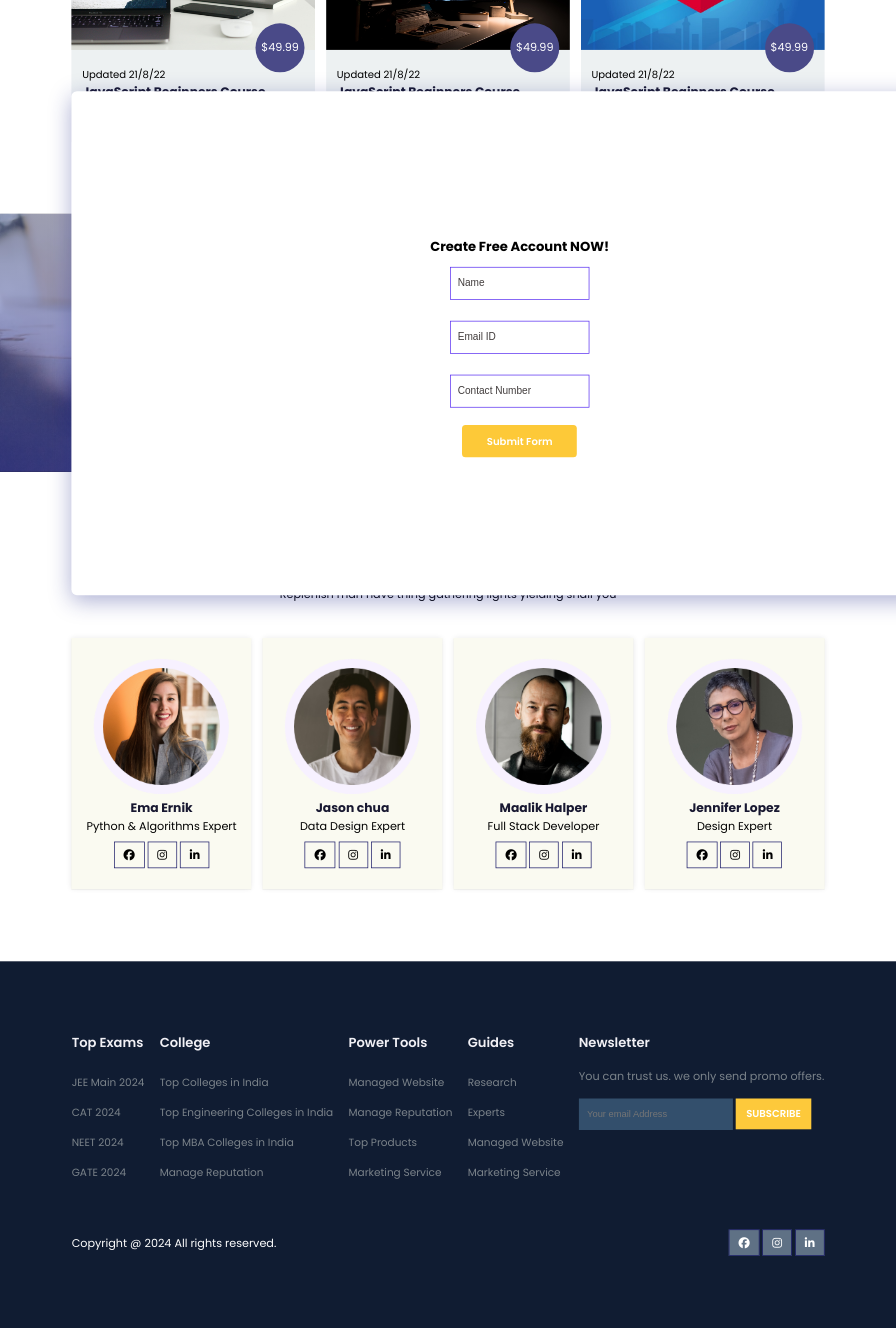
Repository: NamanSahu09/VidyaPreet-Ed-Tech-Website
Page: index.html
The author's editor kept a copy of each file at every save. The page is drawn from the files as they stood at one save, then again after the next save.
The browser window is 1280 px wide. The pictures show the part of the page from y = 1786 to 3706 px (the page is 3683 px tall before and 3706 px after), at 70% of full size.
Some web libraries are served in a nearby version.

Above is the page before, as saved 2024-04-11 15:51:21.

### index.html
<!DOCTYPE html>
<html lang="en">
<head>
	<meta charset="UTF-8">
	<meta name="viewport" content="width=device-width, initial-scale=1.0">
	<title>VidyaPeeth</title>

	<!-- font Awesome CDN link -->
	<link rel="stylesheet" href="https://cdnjs.cloudflare.com/ajax/libs/font-awesome/6.1.1/css/all.min.css" />

	<!-- External CSS -->
	<link rel="stylesheet" href="style.css">

	<!-- JQuery CDN link -->
	<script src="https://code.jquery.com/jquery-3.6.0.min.js" integrity="sha256-/xUj+3OJU5yExlq6GSYGSHk7tPXikynS7ogEvDej/m4=" crossorigin="anonymous"></script>


	<!-- Awesome Font -->
	<script src="https://kit.fontawesome.com/fec0f6ecb6.js" crossorigin="anonymous"></script>







</head>
<body>
	<!-- Navigation start -->
	<nav>
		<img src="img/Vidya peeth.png" class="logo" alt="" height="70px"  width="250px"/>

		<div class="navigation">
			<ul>
				<i id="menu-close" class="fas fa-times"></i>
				<li><a href="index.html" class="active">Home</a></li>
				<li><a href="about.html">About Us</a></li>
				<li><a href="blog.html">Blog</a></li>
				<!-- <li><a href="courses.html">Courses</a></li> -->
				<li><a href="contact.html">Contact</a></li>
				<li><a href="#">
					<i class="far fa-user"></i>
					</a>
				</li>


			</ul>

			<img src="img/menu.png" id="menu-btn" alt="">
		</div>
	</nav>
	<!-- Navigation ends -->



  <!-- login sign-up-form -->

  <div class="form">
    <!-- login -->
    <div class="login-form">

      <!-- cancel-btn -->

      <a href="#" class="form-cancel">
        <i class="fas fa-times"></i>
      </a>


      <strong>Log In</strong>
      <!-- inputs -->
      <form >
        <input type="email" placeholder="Example@gmail.com" name="email" required>
        <input type="password" placeholder="Password" name="password" required>
        <!-- submit-btn -->
        <input type="submit" value="Log In">
      </form>

      <!-- Forget-and-signup -->
      <div class="form-btns">
          <a href="#" class="forget">Forget Your Password?</a>
          <a href="#" class="sign-up-btn">Create Account</a>
    </div>

    </div>




     <!-- Sign Up -->
     <div class="sign-up-form">

      <!-- cancel-btn -->

      <a href="#" class="form-cancel">
        <i class="fas fa-times"></i>
      </a>


      <strong>Sign In</strong>
      <!-- inputs -->
      <form >
        <input type="text" placeholder="Full Name" name="fullname" required>
        <input type="email" placeholder="Example@gmail.com" name="email" required>
        <input type="password" placeholder="Password" name="password" required>
        <!-- submit-btn -->
        <input type="submit" value="Sign Up">
      </form>

      <!-- Forget-and-signup -->
      <div class="form-btns">
          <a href="#" class="already-acount">Already have Account?</a>
    </div>

    </div>

  </div>


















	<!-- Hero section starts from here -->
	<section id="home">
			<div class="search-box">
				<div class="row">
					<input type="text" id="input-box" placeholder="Search Colleges" autocomplete="off">
					<button class="search"><i class="fa-solid fa-magnifying-glass"></i></button>
				</div>
				<div class="result-box">

				</div>
			</div>



		<h2>
			Enhance Your Future With VidyaPeeth
		</h2>
		<p>
			Lorem ipsum dolor sit amet consectetur adipisicing elit. Reiciendis, ipsum laboriosam architecto tempora explicabo ratione pariatur accusantium consequatur sed odit?
		</p>
		<div class="btn">
			<a href="#" class="blue">Learn More</a>
			<a href="#" class="yellow">Visit Courses</a>
		</div>
	</section>
	<!-- Hero section ends from here -->


	<!-- Features section starts from here -->
	<section id="features">
		<h1>A Career is a life</h1>
		<p> <b align="center"> <font size="4.5"> Counselling</b></font><br>
			We ease your biggest doubts with personalized Video Counselling from our
			Curated Experts and Answers from the student community

		</p>

		<div class="fea-base">
			<div class="fea-box">
				<i class="fas fa-graduation-cap"></i>
				<h3>Scholarship Facility</h3>
				<p>
					One make creepeth, man bearing theira firmament won't great heaven
				</p>
			</div>

			<div class="fea-box">
				<i class="fa-solid fa-book-bookmark"></i>
				<h3>Dell Online Course</h3>
				<p>
					One make creepeth, man bearing theira firmament won't great heaven
				</p>
			</div>

			<div class="fea-box">
				<i class="fas fa-award"></i>
				<h3>Global Certification</h3>
				<p>
					One make creepeth, man bearing theira firmament won't great heaven
				</p>
			</div>
		</div>
	</section>
	<!-- Features section ends from here -->








	<!-- Courses section starts from here -->
	<section id="course">
		<h1>Our Popular Colleges</h1>
		<p>Replenish man have thing gathering lights yielding shall you</p>

		<div class="course-box">
			<div class="courses">
				<img src="Colleges/soa.jpg" alt="">
				<div class="details">
					<span>Updated 21/8/22</span>
					<h6>SOA University</h6>

					<div class="star">
						<i class="fa-solid fa-star"></i>
						<i class="fa-solid fa-star"></i>
						<i class="fa-solid fa-star"></i>
						<i class="fa-solid fa-star"></i>


						<span>(239)</span>
					</div>
					<button onclick="location.href='https://www.soa.ac.in/'" class="apply-btn"> Visit Now </button>
				</div>
				<div class="cost">14 Lakhs</div>
			</div>

			<div class="courses">
				<img src="Colleges/kiit-uni.jpg" alt="">
				<div class="details">
					<span>Updated 21/8/22</span>
					<h6>KIIT University</h6>

					<div class="star">
						<i class="fa-solid fa-star"></i>
						<i class="fa-solid fa-star"></i>
						<i class="fa-solid fa-star"></i>
						<i class="fa-solid fa-star"></i>
						<i class="fa-solid fa-star"></i>

						<span>(1200)</span>
					</div>
					<button onclick="location.href='https://kiit.ac.in/'" class="apply-btn"> Visit Now </button>
				</div>
				<div class="cost">18 Lakhs</div>


			</div>

			<div class="courses">
				<img src="img/c3.jpg" alt="">
				<div class="details">
					<span>Updated 21/8/22</span>
					<h6>JavaScript Beginners Course</h6>

					<div class="star">
						<i class="fa-solid fa-star"></i>
						<i class="fa-solid fa-star"></i>
						<i class="fa-solid fa-star"></i>
						<i class="fa-solid fa-star"></i>
						<i class="fa-solid fa-star"></i>

						<span>(239)</span>
					</div>
				</div>
				<div class="cost">$49.99</div>
			</div>

			<div class="courses">
				<img src="img/c4.jpg" alt="">
				<div class="details">
					<span>Updated 21/8/22</span>
					<h6>JavaScript Beginners Course</h6>

					<div class="star">
						<i class="fa-solid fa-star"></i>
						<i class="fa-solid fa-star"></i>
						<i class="fa-solid fa-star"></i>
						<i class="fa-solid fa-star"></i>
						<i class="fa-solid fa-star"></i>

						<span>(239)</span>
					</div>
				</div>
				<div class="cost">$49.99</div>
			</div>

			<div class="courses">
				<img src="img/c5.jpg" alt="">
				<div class="details">
					<span>Updated 21/8/22</span>
					<h6>JavaScript Beginners Course</h6>

					<div class="star">
						<i class="fa-solid fa-star"></i>
						<i class="fa-solid fa-star"></i>
						<i class="fa-solid fa-star"></i>
						<i class="fa-solid fa-star"></i>
						<i class="fa-solid fa-star"></i>

						<span>(239)</span>
					</div>
				</div>
				<div class="cost">$49.99</div>
			</div>

			<div class="courses">
				<img src="img/c6.jpg" alt="">
				<div class="details">
					<span>Updated 21/8/22</span>
					<h6>JavaScript Beginners Course</h6>

					<div class="star">
						<i class="fa-solid fa-star"></i>
						<i class="fa-solid fa-star"></i>
						<i class="fa-solid fa-star"></i>
						<i class="fa-solid fa-star"></i>
						<i class="fa-solid fa-star"></i>

						<span>(239)</span>
					</div>
				</div>
				<div class="cost">$49.99</div>
			</div>
		</div>
	</section>
	<!-- Courses section ends from here -->


	<!-- Registration section starts from here -->
	<section id="registration">
		<div class="reminder">
			<p>Get 100 Online Courses for Free</p>
			<h1>Registration To Get It</h1>

			<div class="time">
				<div class="date">18 <br> Days</div>
				<div class="date">23 <br> Hours</div>
				<div class="date">06 <br> Minutes</div>
				<div class="date">58 <br> Seconds</div>
			</div>
		</div>

		<div class="form">
			<h3>Create Free Account NOW!</h3>

			<input type="text" placeholder="Name" name="" id="">
			<input type="email" placeholder="Email ID" name="" id="">
			<input type="text" placeholder="Contact Number" name="" id="">

			<div class="btn">
				<a href="#" class="yellow">Submit Form</a>
			</div>
		</div>
	</section>
	<!-- Registration section ends from here -->


	<!-- Experts section starts from here -->
	<section id="experts">
		<h1>Community Experts</h1>
		<p>Replenish man have thing gathering lights yielding shall you</p>
		<div class="expert-box">
			<div class="profile">
				<img src="img/pro1.webp" alt="">
				<h6>Ema Ernik</h6>
				<p>Python & Algorithms Expert</p>
				<div class="pro-links">
					<i class="fab fa-facebook"></i>
					<i class="fab fa-instagram"></i>
					<i class="fab fa-linkedin-in"></i>
				</div>
			</div>

			<div class="profile">
				<img src="img/pro2.webp" alt="">
				<h6>Jason chua</h6>
				<p>Data Design Expert</p>
				<div class="pro-links">
					<i class="fab fa-facebook"></i>
					<i class="fab fa-instagram"></i>
					<i class="fab fa-linkedin-in"></i>
				</div>
			</div>

			<div class="profile">
				<img src="img/pro3.webp" alt="">
				<h6>Maalik Halper</h6>
				<p>Full Stack Developer</p>
				<div class="pro-links">
					<i class="fab fa-facebook"></i>
					<i class="fab fa-instagram"></i>
					<i class="fab fa-linkedin-in"></i>
				</div>
			</div>

			<div class="profile">
				<img src="img/pro4.webp" alt="">
				<h6>Jennifer Lopez</h6>
				<p>Design Expert</p>
				<div class="pro-links">
					<i class="fab fa-facebook"></i>
					<i class="fab fa-instagram"></i>
					<i class="fab fa-linkedin-in"></i>
				</div>
			</div>
		</div>
	</section>
	<!-- Experts section ends from here -->

	<!-- Footer section starts from here -->
	<footer>
		<div class="footer-col">
			<h3>Top Exams</h3>
			<li>JEE Main 2024</li>
			<li>CAT 2024</li>
			<li>NEET 2024</li>
			<li>GATE 2024</li>

		</div>

		<div class="footer-col">
			<h3>College</h3>
			<li>Top Colleges in India</li>
			<li>Top Engineering Colleges in India</li>
			<li>Top MBA Colleges in India</li>
			<li>Manage Reputation</li>
		</div>

		<div class="footer-col">
			<h3>Power Tools</h3>
			<li>Managed Website</li>
			<li>Manage Reputation</li>
			<li>Top Products</li>
			<li>Marketing Service</li>
		</div>

		<div class="footer-col">
			<h3>Guides</h3>
			<li>Research</li>
			<li>Experts</li>
			<li>Managed Website</li>
			<li>Marketing Service</li>
		</div>

		<div class="footer-col">
			<h3>Newsletter</h3>
			<p>You can trust us. we only send promo offers.</p>

			<div class="subscribe">
				<input type="email" placeholder="Your email Address">
				<a href="#" class="yellow">SUBSCRIBE</a>
			</div>
		</div>

		<div class="copyright">
			<p>
				Copyright @ 2024 All rights reserved.
			</p>
			<div class="pro-links">
				<i class="fab fa-facebook"></i>
				<i class="fab fa-instagram"></i>
				<i class="fab fa-linkedin-in"></i>
			</div>
		</div>
	</footer>
	<!-- Footer section ends from here -->

	<script>
		// Show menu links on burger click
		$('#menu-btn').click(function(){
			$('nav .navigation ul').addClass('active')
		});

		// Hide navbar on click function
		$('#menu-close').click(function(){
			$('nav .navigation ul').removeClass('active')
		});

 /*---For Login and Sign-up----------------------------*/

 $(document).on('click', '.far.fa-user', function(){
    $('.form').addClass('login-active').removeClass('sign-up-active');
});

$(document).on('click', '.sign-up-btn', function(){
    $('.form').removeClass('login-active').addClass('sign-up-active');
});

$(document).on('click', '.form-cancel', function(){
    $('.form').removeClass('login-active').removeClass('sign-up-active');
});

$(document).on('click', '.already-acount', function(){
    $('.form').addClass('login-active').removeClass('sign-up-active');
});


	</script>

<script src="autocomplete.js"></script>





</body>
</html>

Loaded but not shown: autocomplete.js (44 lines, source omitted); style.css (903 lines, source omitted)

After the next save:
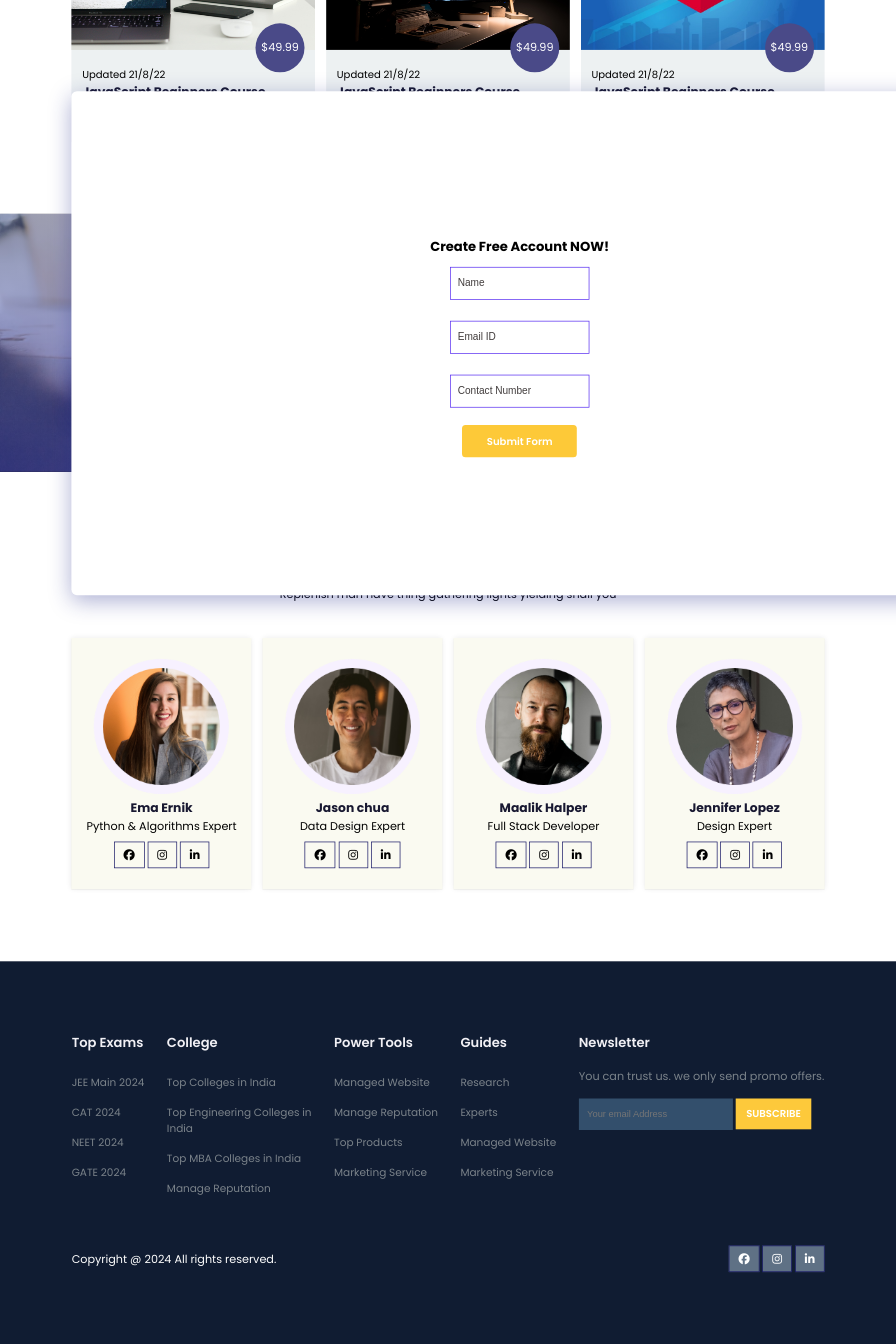
Saved 6 s later.
--- a/index.html
+++ b/index.html
@@ -427,7 +427,7 @@
 		<div class="footer-col">
 			<h3>College</h3>
 			<li>Top Colleges in India</li>
-			<li>Top Engineering Colleges in India</li>
+			<li>Top Engineering Colleges in <br>India</li>
 			<li>Top MBA Colleges in India</li>
 			<li>Manage Reputation</li>
 		</div>
